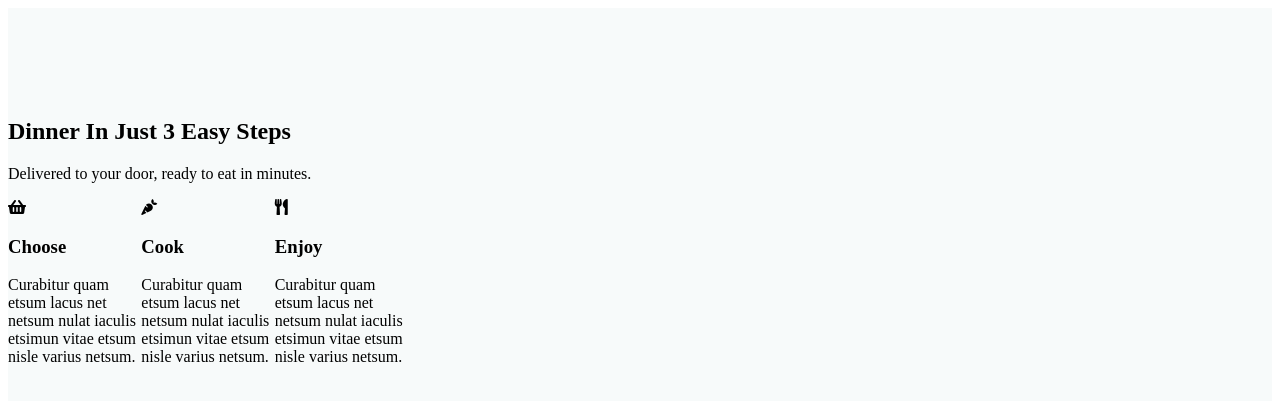
Repository: ST-United-Internship/leadpage
Page: wrapper-UI.html
The author's editor kept a copy of each file at every save. The page is drawn from the files as they stood at one save, then again after the next save.
The browser window is 1280 px wide. The pictures show the whole page.

Above is the page before, as saved 2023-03-15 14:34:09.

After the next save:
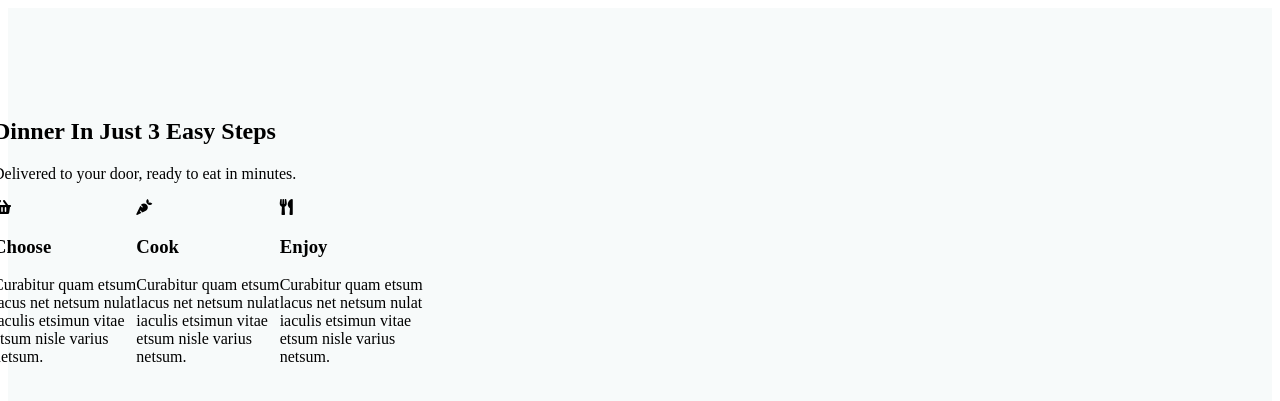
Saved 11 s later.
--- a/css/card-UI.css
+++ b/css/card-UI.css
@@ -10,4 +10,6 @@ section{
 .card .columm{
     display: flex;
     /* flex-wrap: wrap; */
+    margin-right: -15px;
+    margin-left: -15px;
 }
